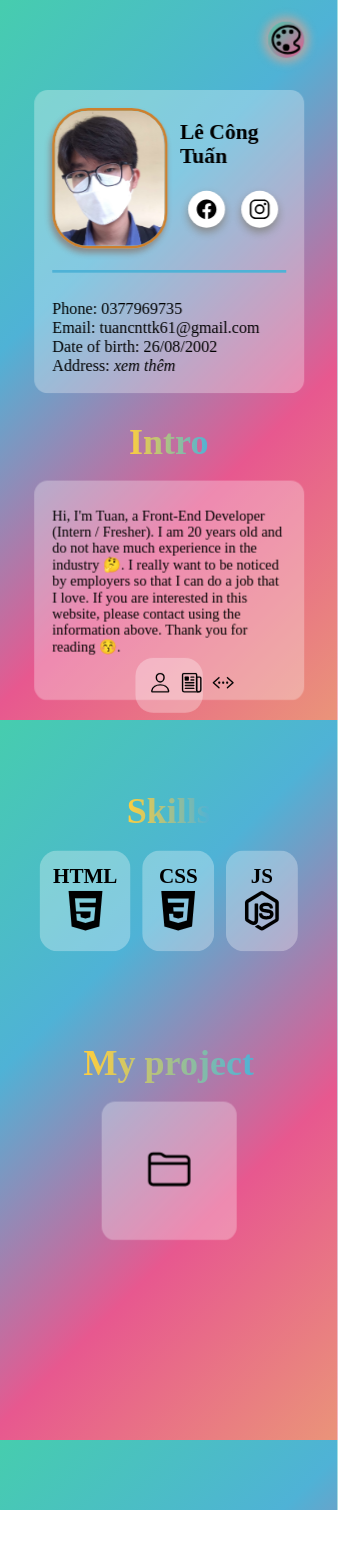
Repository: LeCongTuan2608/Profile
Page: index.html
These files come from the project's save history. The page is drawn as it stood at one moment and after the next save; the edit follows.
The browser window is 375 px wide. The pictures show the whole page, at 90% of full size.
Backgrounds fixed to the window are drawn as part of the page. The style sheet was rebuilt from its Sass, Less or Tailwind sources for each picture, by a compiler version that may differ from the author's.

Above is the page before, as saved 2022-05-05 12:41:37.

### index.html
<!DOCTYPE html>
<html lang="en">
   <head>
      <meta charset="UTF-8" />
      <meta http-equiv="X-UA-Compatible" content="IE=edge" />
      <meta name="viewport" content="width=device-width, initial-scale=1.0" />

      <script type="module" src="https://unpkg.com/ionicons@5.5.2/dist/ionicons/ionicons.esm.js"></script>
      <script nomodule src="https://unpkg.com/ionicons@5.5.2/dist/ionicons/ionicons.js"></script>

      <link rel="preconnect" href="https://fonts.googleapis.com" />
      <link rel="preconnect" href="https://fonts.gstatic.com" crossorigin />
      <link href="https://fonts.googleapis.com/css2?family=Pacifico&display=swap" rel="stylesheet" />

      <link href="https://unpkg.com/aos@2.3.1/dist/aos.css" rel="stylesheet" />
      <script src="https://unpkg.com/aos@2.3.1/dist/aos.js"></script>

      <link rel="stylesheet" href="./sass/css/style.css" />
      <title>Profile</title>
   </head>
   <body>
      <div class="container">
         <div class="palette">
            <ion-icon name="color-palette-outline"></ion-icon>
            <div class="list-color">
               <ul>
                  <li class="bgr-color"></li>
                  <li class="bgr-color"></li>
                  <li class="bgr-color"></li>
               </ul>
            </div>
         </div>

         <div class="contents">
            <div data-aos="flip-left" data-aos-duration="1500">
               <div class="card-info">
                  <div class="personal-information">
                     <div class="image">
                        <div class="user-image">
                           <img src="./images/1.JPG" alt="" />
                        </div>
                        <div class="user-intro">
                           <h2>Lê Công Tuấn</h2>
                           <div class="user-intro-navigation">
                              <div class="navigation-fb">
                                 <a href="https://www.facebook.com/profile.php?id=100026041985048"
                                    ><ion-icon name="logo-facebook"></ion-icon
                                 ></a>
                                 <span>facebook</span>
                              </div>
                              <div class="navigation-ins">
                                 <a href="https://www.instagram.com/tuanle2608/"
                                    ><ion-icon name="logo-instagram"></ion-icon
                                 ></a>
                                 <span>instagram</span>
                              </div>
                           </div>
                        </div>
                     </div>
                     <div class="contact">
                        <div class="contact-info">
                           <span>Phone: 0377969735</span>
                           <span>Email: tuancnttk61@gmail.com</span>
                        </div>
                        <div class="contact-info">
                           <span>Date of birth: 26/08/2002</span>
                           <span>Address: <i id="see">xem thêm</i></span>
                        </div>
                     </div>
                  </div>
               </div>
            </div>
            <div class="card-intro">
               <div class="intro-yourself">
                  <div class="title">
                     <div data-aos="fade-up" data-aos-duration="1000">
                        <h1>Intro</h1>
                     </div>
                  </div>
                  <div data-aos="flip-down" data-aos-duration="1000">
                     <div class="intro-content">
                        <p>
                           Hi, I'm Tuan, a Front-End Developer (Intern / Fresher). I am 20 years old and do not have
                           much experience in the industry 🤔. I really want to be noticed by employers so that I can do
                           a job that I love. If you are interested in this website, please contact using the
                           information above. Thank you for reading 😚.
                        </p>
                     </div>
                  </div>
               </div>

               <div class="my-skills">
                  <div class="title">
                     <div data-aos="fade-down" data-aos-easing="linear" data-aos-duration="300">
                        <h1>Skills</h1>
                     </div>
                  </div>
                  <div class="skills-content">
                     <div class="list-skills">
                        <div data-aos="fade-right">
                           <h3>HTML</h3>
                           <ion-icon name="logo-html5"></ion-icon>
                        </div>

                        <div data-aos="fade-down">
                           <h3>CSS</h3>
                           <ion-icon name="logo-css3"></ion-icon>
                        </div>

                        <div data-aos="fade-left">
                           <h3>JS</h3>
                           <ion-icon name="logo-nodejs"></ion-icon>
                        </div>
                     </div>
                  </div>
               </div>

               <div class="my-project">
                  <div class="title">
                     <div data-aos="fade-up" data-aos-anchor-placement="bottom-bottom">
                        <h1>My project</h1>
                     </div>
                  </div>
                  <div class="project-box">
                     <div data-aos="zoom-in">
                        <div class="box">
                           <ion-icon name="folder-outline"></ion-icon>
                        </div>
                     </div>
                  </div>
               </div>
            </div>
         </div>

         <div class="box-container">
            <div class="list-project">
               <div class="close">
                  <ion-icon name="close-circle-outline"></ion-icon>
               </div>

               <ul>
                  <li>
                     <a href="https://lecongtuan2608.github.io/Youtube/">https://lecongtuan2608.github.io/Youtube/</a>
                  </li>
                  <li><a href="https://lecongtuan2608.github.io/music/">https://lecongtuan2608.github.io/music/</a></li>
               </ul>
            </div>
         </div>
         <div class="toolbar">
            <div class="tollbar-list">
               <ul>
                  <li><ion-icon name="person-outline"></ion-icon></li>
                  <li><ion-icon name="newspaper-outline"></ion-icon></li>
                  <li><ion-icon name="code-working-outline"></ion-icon></li>
               </ul>
            </div>
         </div>
      </div>
   </body>
   <script>
      AOS.init();
   </script>
   <script src="./js/app.js"></script>
</html>

### js/app.js
const open_project = document.querySelector('.box');
const box_container = document.querySelector('.box-container');
const close_box = document.querySelector('.close');
const list_project = document.querySelector('.list-project');
open_project.addEventListener('click', function () {
   box_container.classList.add('open');
});
close_box.addEventListener('click', function () {
   box_container.classList.remove('open');
});
box_container.addEventListener('click', function () {
   box_container.classList.remove('open');
});
list_project.addEventListener('click', function (event) {
   event.stopPropagation();
});

const palette = document.querySelector('.palette');
var bgr_colors = document.querySelectorAll('.bgr-color');
const container = document.querySelector('.container');
const text_colors = document.querySelectorAll('.title h1');
function bgr_change() {
   for (let i = 0; i < bgr_colors.length; i++) {
      bgr_colors[i].addEventListener('click', function () {
         bgr_colors = i;
         if (bgr_colors == 0) {
            for (let text_color of text_colors) {
               text_color.classList.remove('text-color-2');
               text_color.classList.remove('text-color-3');
               text_color.classList.add('text-color-1');
            }
            container.classList.remove('bgr-color-2');
            container.classList.remove('bgr-color-3');
            container.classList.add('bgr-color-1');
         } else if (bgr_colors == 1) {
            for (let text_color of text_colors) {
               text_color.classList.remove('text-color-1');
               text_color.classList.remove('text-color-3');
               text_color.classList.add('text-color-2');
            }
            container.classList.remove('bgr-color-1');
            container.classList.remove('bgr-color-3');
            container.classList.add('bgr-color-2');
         } else if (bgr_colors == 2) {
            for (let text_color of text_colors) {
               text_color.classList.remove('text-color-1');
               text_color.classList.remove('text-color-2');
               text_color.classList.add('text-color-3');
            }
            container.classList.remove('bgr-color-1');
            container.classList.remove('bgr-color-2');
            container.classList.add('bgr-color-3');
         }
      });
   }
}
bgr_change();

### sass/style.scss
*{
    margin: 0;
    padding: 0;
}
html{
    width: 100%;
    height: 100%;
    padding: 0;
    margin: 0;
    font-family: 'Fredoka One', cursive;

}
body{
    width: 100%;
    height: auto;

}
.container{
    padding-top: 100px;
    padding-bottom: 200px;
    width: 100%;
    height: auto;
    position: relative;
    background-image: linear-gradient(-45deg, #ea9479, #e7588f, #4fb2d6, #46cdae);
    background-attachment: fixed;
}
.bgr-color-1{
    background-image: linear-gradient(90deg, #74EBD5 0%, #9FACE6 100%);
    background-attachment: fixed;
}
.bgr-color-2{
    background-image: linear-gradient(to right, #eea2a2 0%, #bbc1bf 19%, #57c6e1 42%, #b49fda 79%, #7ac5d8 100%);
    background-attachment: fixed;
}
.bgr-color-3{
    background-image: linear-gradient(to top, #88d3ce 0%, #6e45e2 100%);
    background-attachment: fixed;
}
.palette{
    position: fixed;
    top: 3%;
    right: 5%;
    font-size: 40px;
}
.list-color ul{
    position: absolute;
}
.palette:hover ul li{
    display: block;
}
// chọn màu bgr
.list-color ul li:first-child{
    margin-bottom: 10px;
    background-image: linear-gradient(90deg, #74EBD5 0%, #9FACE6 100%);
}
.list-color ul li:nth-of-type(2){
    margin-bottom: 10px;
    background-image: linear-gradient(to right, #eea2a2 0%, #bbc1bf 19%, #57c6e1 42%, #b49fda 79%, #7ac5d8 100%);
}
.list-color ul li:last-child{
    background-image: linear-gradient(to top, #88d3ce 0%, #6e45e2 100%);

}

.list-color ul li{
    list-style-type: none;
    display: none;
    width: 40px;
    height: 40px;
    border-radius: 100rem;
    box-shadow: #3d3d3d -1px 2px 5px 2px;

}
.toolbar{
    width:  20%;
    border-radius: 20px;
    position: fixed;
    font-size: 25px;
    left: 50%;
    transform: translateX(-50%);
    bottom: 1%;
    background-color: rgba($color: white, $alpha: 0.3);
}
.tollbar-list{
    padding: 10px;
}
.toolbar ul{
    display: flex;
    justify-content: space-around;
}
.toolbar ul li {
    list-style-type: none;
    display: inline;
    border-radius: 100rem;
    cursor: pointer;
}
.toolbar ul li ion-icon{
    padding: 5px;
}
.toolbar ul li:hover {
background-color: #a5e296;
}
.palette ion-icon{
    background-image: linear-gradient(-45deg, #e7588f,#46cdae);
    border-radius: 100rem;
    box-shadow: #a9a9a9 0px 0px 10px 6px;
    cursor: pointer;
}
.contents{
    width: 100%;
    display: flex;
    flex-wrap: wrap;
    align-content: center;
    flex-direction: column;
}
.contents > div{
    width: 60%;
}
.card-info{
    background-color: rgba($color: white, $alpha: 0.3);
    border-radius: 15px;
}
.personal-information{
    padding: 20px;
    display: flex;

}
.image{
    display: flex;
    flex: 1;
    border-right: 3px solid;
    border-color:#4fb2d6;
    padding-right: 20px;
}
.user-image{
    width: 150px;
    height: 150px;
    // border: 3px solid;
    // border-image-source: linear-gradient(to top, #f64f59, #9634c8);
    // border-image-slice :1;
}
.user-image img{
    width: 100%;
    height: 100%;
    object-fit: cover;
    border-radius: 40px;
    border: solid;
    border-color: #cd802e;
    box-shadow: rgb(137, 137, 137) -2px 5px 7px 0px;


}
.user-intro{
    display: flex;
    margin-left: 20px;
    flex-direction: column;
    justify-content: space-around;
}
.user-intro-navigation{
    display: flex;
    justify-content: space-around;
}
.user-intro-navigation a{
    color: black;
    text-decoration: none;
}
.user-intro-navigation a > ion-icon{
    font-size: 25px;
    border-radius: 100rem;
    padding: 8px;
    background-color: white;
    box-shadow: rgb(137, 137, 137) 0px 5px 10px 0px;
}
.navigation-fb{
    position: relative;
}
.navigation-fb span{
    display: none;
}
.navigation-fb a > ion-icon:hover{
    background-color: rgb(153, 159, 248);
}
.navigation-fb:hover span{
    position: absolute;
    display: block;
    background-color: rgb(153, 159, 248);
    border-radius: 40px;
    padding: 5px;
    font-size: 18px;
    top: -95%;
    left: -50%;
    font-weight: 700;
    animation: intro ease 0.5s;
    z-index: 2;
}
.navigation-fb:hover::after{
    position: absolute;
    content: "";
    width: 13px;
    height: 13px;
    background-color: rgb(153, 159, 248);
    clip-path: polygon(50% 100%, 0 0, 100% 0);
    top: -25%;
    left: 30%;
    animation: intro ease 0.5s;
    z-index: 1;
}


.navigation-ins{
    position: relative;
}
.navigation-ins span{
    display: none;
}
.navigation-ins a > ion-icon:hover{
    background-color: rgb(64, 173, 177);
}
.navigation-ins:hover span{
    position: absolute;
    display: block;
    background-color: rgb(64, 173, 177);
    border-radius: 40px;
    padding: 5px;
    font-size: 18px;
    top: -95%;
    left: -50%;
    font-weight: 700;
    animation: intro ease 0.5s;
    z-index: 2;
}
.navigation-ins:hover::after{
    position: absolute;
    content: "";
    width: 13px;
    height: 13px;
    background-color: rgb(64, 173, 177);
    clip-path: polygon(50% 100%, 0 0, 100% 0);
    top: -25%;
    left: 30%;
    animation: intro ease 0.5s;
    z-index: 1;
}
.contact{
    flex: 1;
    display: flex;
    padding-left: 20px;
}
.contact-info{
    flex: 1;
    display: flex;
    flex-direction: column;
    justify-content: space-around;
}
.contact-info span{
    font-size: 18px;
    overflow: hidden;
}

.card-intro{
    margin-top: 30px;
    width: 60%;

}
.intro-yourself{
    margin: 30px 0 100px 0;
}
.title{
    text-align: center;
    margin-bottom: 20px;
    font-size: 20px;
}
.title h1{
    display: inline-block;
    background-image: linear-gradient( to right,#ffce3d, #4fb2d6);
    color: transparent;
    -webkit-background-clip: text;
    background-clip: text;
}
// đổi màu text
.text-color-1{
    background-image: linear-gradient(-225deg, #AC32E4 0%, #7918F2 48%, #4801FF 100%) !important;
}
.text-color-2{
    background-image: linear-gradient(-225deg, #A445B2 0%, #D41872 52%, #FF0066 100%) !important;
}
.text-color-3{
    background-image: linear-gradient(to top, #50cc7f 0%, #f5d100 100%) !important;
}

//===============
.intro-content{
    padding: 30px 20px 50px 20px;
    background-color: rgba($color: white, $alpha: 0.3);
    border-radius: 15px;
}

.my-skills {
    margin: 30px 0 100px 0;
}
.skills-content .list-skills{
    display: flex;
    justify-content: space-around;
}
.skills-content .list-skills div{
    padding: 5%;
    border-radius: 20px;
    background-color: rgba(255, 255, 255, 0.3);
    list-style-type: none;
    display: inline;
    text-align: center;
    font-size: 20px;
}

.skills-content .list-skills div ion-icon{
    font-size: 50px;
}
.my-project{
    margin: 30px 0 100px 0;

}
.project-box{
    display: flex;
    justify-content: center;
}
.box{
    background-color: rgba($color: white, $alpha: 0.3);
    border-radius: 15px;
    text-align: center;
    cursor: pointer;
}
.box:hover{
    transition-duration: 0.5s;
    transform: scale(1.1, 1.1);
    box-shadow: rgba(130, 130, 130, 0.773) 0px 1px 5px 2px;
}
.box > ion-icon{
    font-size: 50px;
    padding: 50px;
}
.box-container{
    position: fixed;
    top:0;
    left: 0;
    right: 0;
    bottom: 0;
    background-color: rgba( rgb(186, 186, 186), 0.5);
    display: none;
}
.open{
    display: block;
}
.list-project{
    position: absolute;
    left: 30%;
    right: 30%;
    top: 50%;
    transform: translateY(-50%);
    border-radius: 15px;
    background-color: white;
    box-shadow: rgb(137, 137, 137) 0px 5px 10px 0px;
    text-align: center;
    animation: intro ease 1s;

}
.close{
    position: absolute;
    width: 30px;
    height: 30px;
    right: 2%;
    top: 2%;
    font-size: 25px;
    cursor: pointer;
}
.list-project ion-icon:hover{
    color: red;
    border-radius: 100rem;

}
.list-project ul{
    padding: 50px 10px 30px 10px;
}
.list-project ul li{
    list-style-type: none;
}
.list-project ul li a{
    text-decoration: none;
    color: black;
}
.list-project ul li a:hover{
    color: rgb(53, 138, 213);
}
@keyframes intro{
    from {
        transform: translateY((100%));
    }
    to{
        transform: translateY((-50%));
    }
}
@media screen and (max-width:1060px) {
    .contents {
        display: block;
    }
    .contents > div{
        margin: 0 10% 0 10%;
        width: 80%;
    }
}
@media screen and (max-width:820px) {
    .contents {
        display: block;
    }
    .personal-information{
        display: block;
    }
    .image{
        border-right: none;
        border-bottom: 3px solid;
        border-color: #4fb2d6;
        padding-right: 0;
        padding-bottom: 30px;
    }
    .contact{
        padding-top: 30px;
        padding-left: 0px;

    }
}
@media screen and (max-width:567px){
    .image{
        border-right: none;
        border-bottom: 3px solid;
        border-color: #4fb2d6;
        padding-right: 0;
        padding-bottom: 30px;
    }
    .contact{
        padding-top: 30px;
        display: block;
    }
}
@media screen and (max-width:391px){
    .palette{
        position: fixed;
        top: 3%;
        right: 10%;
        font-size: 40px;
    }
}

After the next save:
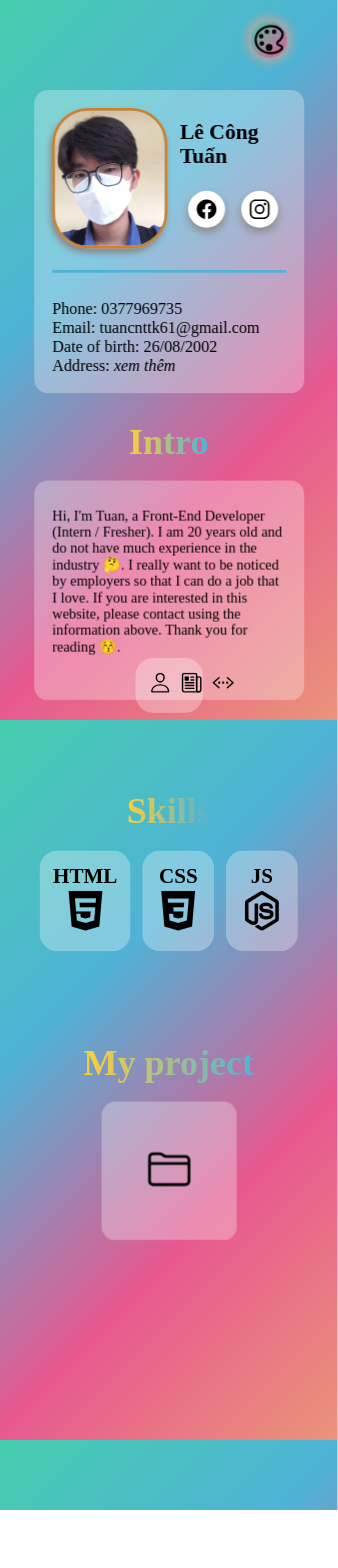
Saved 9 s later.
--- a/sass/style.scss
+++ b/sass/style.scss
@@ -444,7 +444,7 @@ background-color: #a5e296;
     .palette{
         position: fixed;
         top: 3%;
-        right: 10%;
+        right: 15%;
         font-size: 40px;
     }
 }
